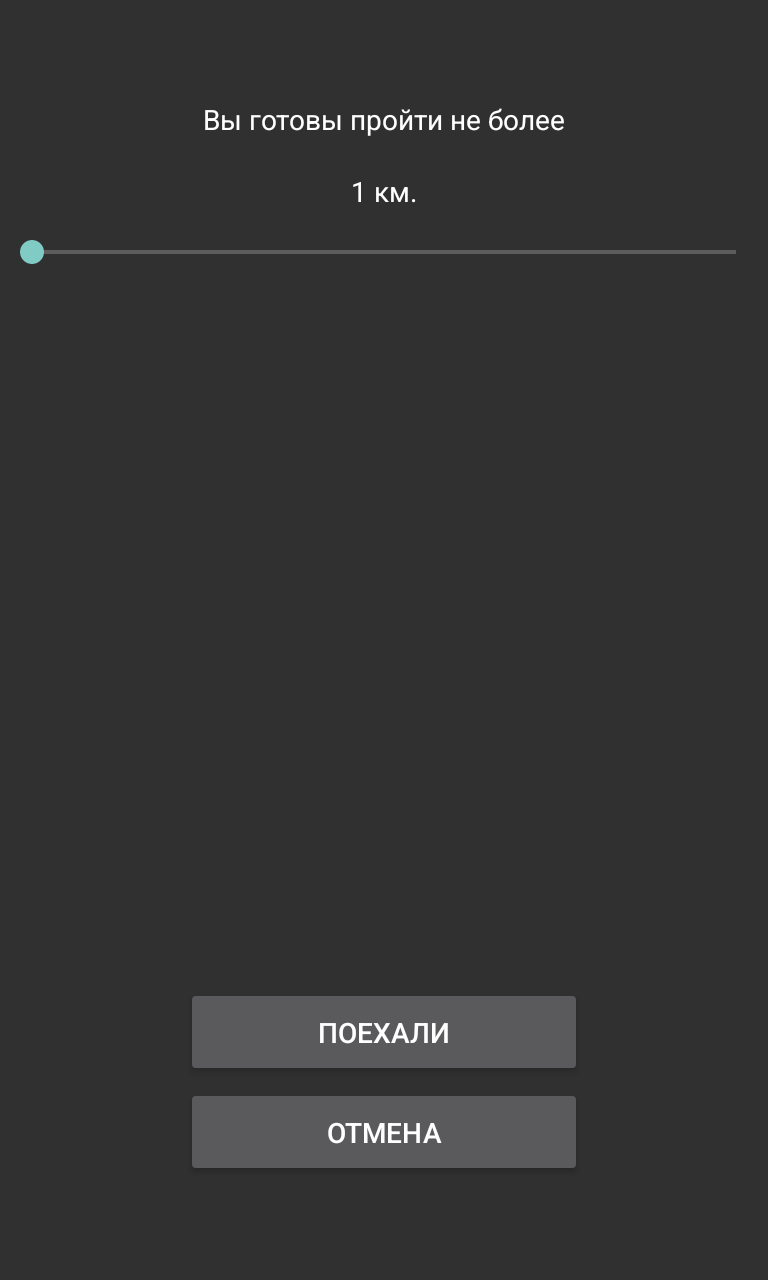
Repository: spacesoldier/MileSharing_old
Layout: MileSharing/res/layout/fragment_pdcontent.xml
These files come from the project's save history. The layout is drawn as it stood at one moment and after the next save; the edit follows.
It is drawn on a 768 x 1280 px phone screen (xhdpi) without system bars, with theme Theme.AppCompat; the app's code is not run.

Above is the layout before, as saved 2014-05-19 18:20:19.

After the next save:
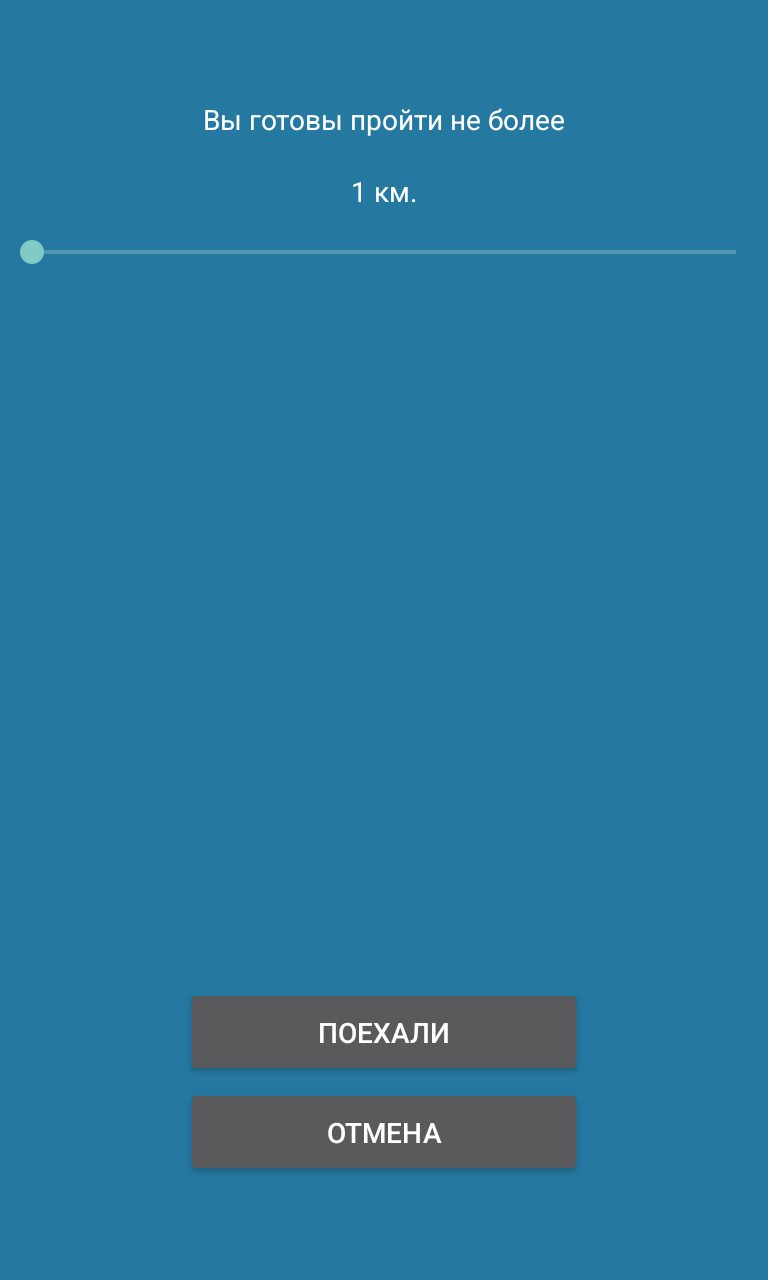
Saved 26 s later.
--- a/MileSharing/res/values/colors.xml
+++ b/MileSharing/res/values/colors.xml
@@ -2,6 +2,6 @@
 
     <color name="black_overlay">#66000000</color>
     <color name="blue_transparent">#161eabed</color> <!--  цвет более прозрачный -->
-    <color name="blue_notsotransparent">#1281eabed</color>
+    <color name="blue_notsotransparent">#961eabed</color>
     <color name="white_text_color">#FFFFFF</color>
 </resources>
